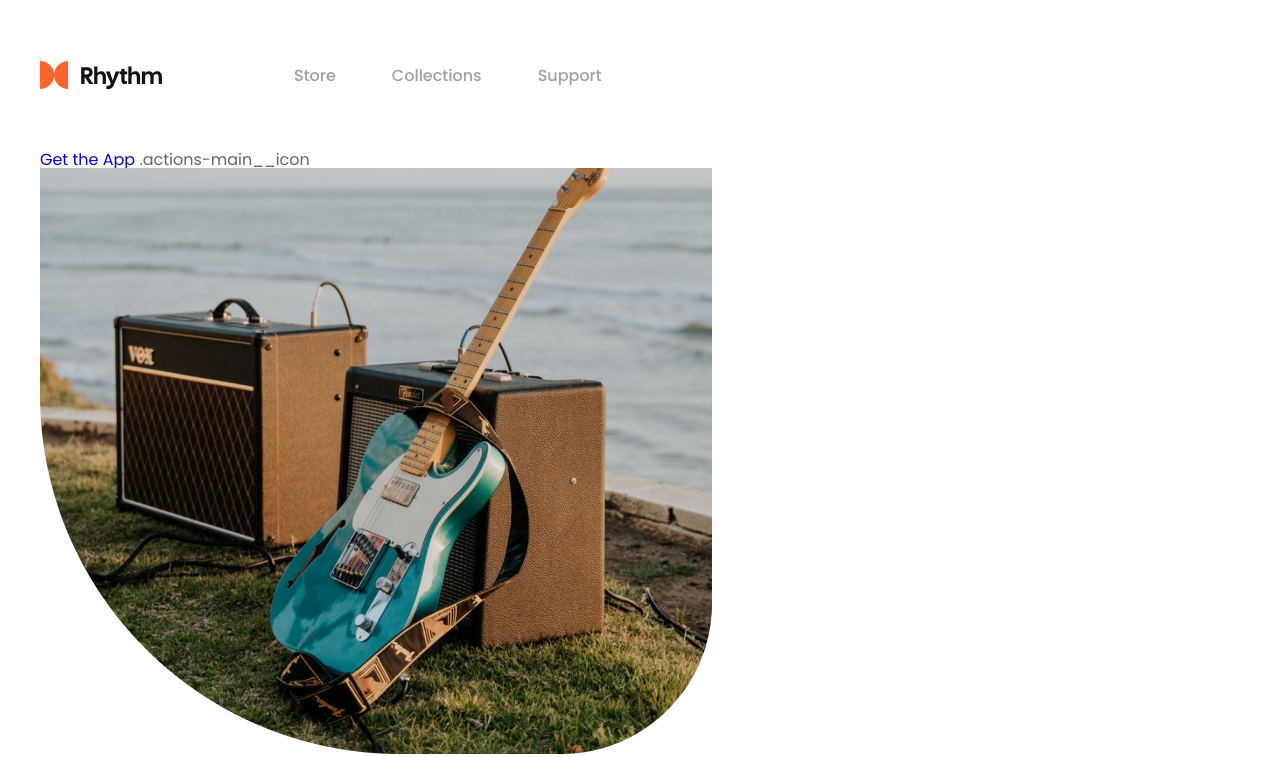
Repository: Ed-Lubenets/website_guitar
Page: index.html
The author's editor kept a copy of each file at every save. The page is drawn from the files as they stood at one save, then again after a run of saves.
The browser window is 1280 px wide. The pictures show the whole page.

Above is the page before, as saved 2023-01-02 14:55:03.

### index.html
<!DOCTYPE html>
<html lang="en">
<head>
    <meta charset="UTF-8">
    <meta http-equiv="X-UA-Compatible" content="IE=edge">
    <meta name="viewport" content="width=device-width, initial-scale=1.0">
    <link rel="stylesheet" href="./style/style.css">
    <title>guitar-site</title>
</head>
<body>
    <div class="wrapper">
        <header class="header">
            <div class="header__container">
                <a href="" class="header__logo"><img src="./img/logo.svg" alt="Logo"></a>
                <nav class="header__menu menu">
                    <ul class="menu__list">
                        <li class="menu__item">
                            <a href="#" class="menu__link">Store</a>
                        </li>
                        <li class="menu__item">
                            <a href="#" class="menu__link">Collections</a>
                        </li>
                        <li class="menu__item">
                            <a href="#" class="menu__link">Support</a>
                        </li>
                    </ul>
                </nav>
            </div>
        </header>
        <main class="page">
            <section class="page__main main">
                <div class="main__container">
                    <div class="main__content">
                        <h1 class="main__title"></h1>
                        <p class="main__text"></p>
                        <div class="main__actions actions-main">
                            <a href="#" class="actions-main__button">Get the App</a>
                            .actions-main__icon
                        </div>
                    </div>
                    <div class="main__decor decor-main">
                        <div class="decor-main__image">
                            <img src="./img/main/main-decor.png" alt="Main Decor">
                        </div>
                    </div>
                </div>
            </section>
        </main>
        <footer class="footer">

        </footer>
    </div>
</body>
</html>

### style/style.css
@import url(https://fonts.googleapis.com/css?family=Poppins:regular,500,600&display=swap); /*from googlefonts*/
@font-face {                                                                               /*from folder*/
    font-family: CalSans;
    font-display: swap;
    src: url(../fonts/CalSans-SemiBold.woff2) format('woff2'), url(../fonts/CalSans-SemiBold.woff) format('woff');
    font-weight: 400;
    font-style: normal;
}

*, *::before, *::after {
margin: 0;
padding: 0;
border: 0;
box-sizing: border-box;
}
html, body{
    height: 100%;
    min-width: 320px;
}
body{
    line-height: 1;
    font-family: Poppins;
    /* font-size: 16px; ---- фон по умолчанию в бразере, поэтому в комменте, был бы другой(14,17 и т.д.) тогда вписывал бы в св-во body*/
    color: #666666;
}
a{
    text-decoration: none;
}
ul{}
li{
    list-style: none;
}

.wrapper{
    overflow: hidden; /*отменяем горизонтальный скролл. Важно.*/
    min-height: 100%;
    display: flex;
    flex-direction: column;
}
.page{
    flex: 1 1 auto; /* разрешаем main увеличиваться, что бы футер прижался к низу экрана */
}

[class*="__container"]{ /*стиль для всех классов с "..__container"*/
    max-width: 1230px;
    margin: 0 auto;
    padding: 0px 15px;
}

/* ________________________________________________________HEADER____________________________________________________________________________________________________ */

.header {}
.header__container {
    padding-top: 5px;
    padding-bottom: 5px;
    display: flex;
    gap: 131px; /*отступы через gap плохо поддерживаются в старых safary iOS*/
    align-items: center;
    min-height: 152px;
}
.header__logo {}
.header__menu {}

.menu {}
.menu__list {
    display: flex;
    gap: 56px;
}
.menu__item {}
.menu__link {
    color: rgba(18, 18, 18, 0.4);
    font-weight: 500;
}
.menu__link:hover,
.menu__link:focus{
    text-decoration: underline;
}

After the next 2 saves:
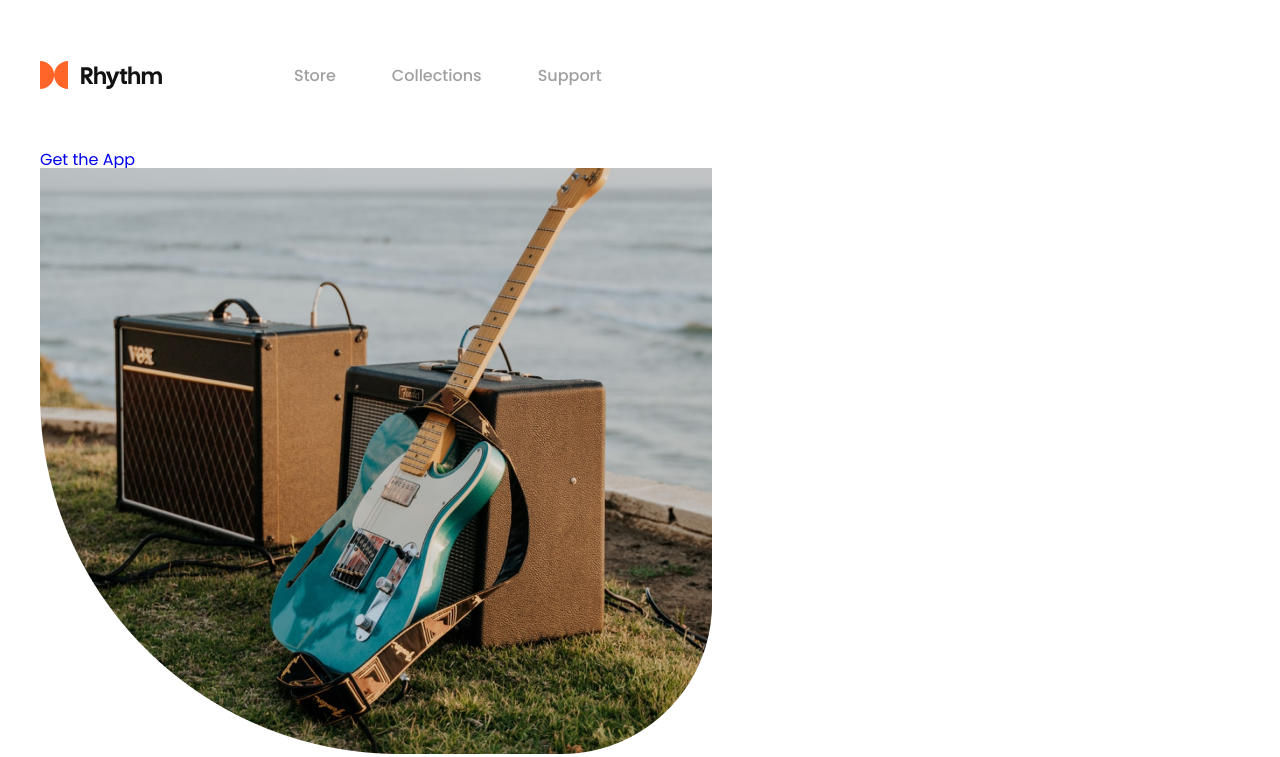
The 2 saves are shown as one change because they came seconds apart.
The last was saved 5 s later.
--- a/index.html
+++ b/index.html
@@ -35,7 +35,8 @@
                         <p class="main__text"></p>
                         <div class="main__actions actions-main">
                             <a href="#" class="actions-main__button">Get the App</a>
-                            .actions-main__icon
+                            <div class="actions-main__icon"></div>
+                            <div class="actions-main__icon"></div>
                         </div>
                     </div>
                     <div class="main__decor decor-main">
